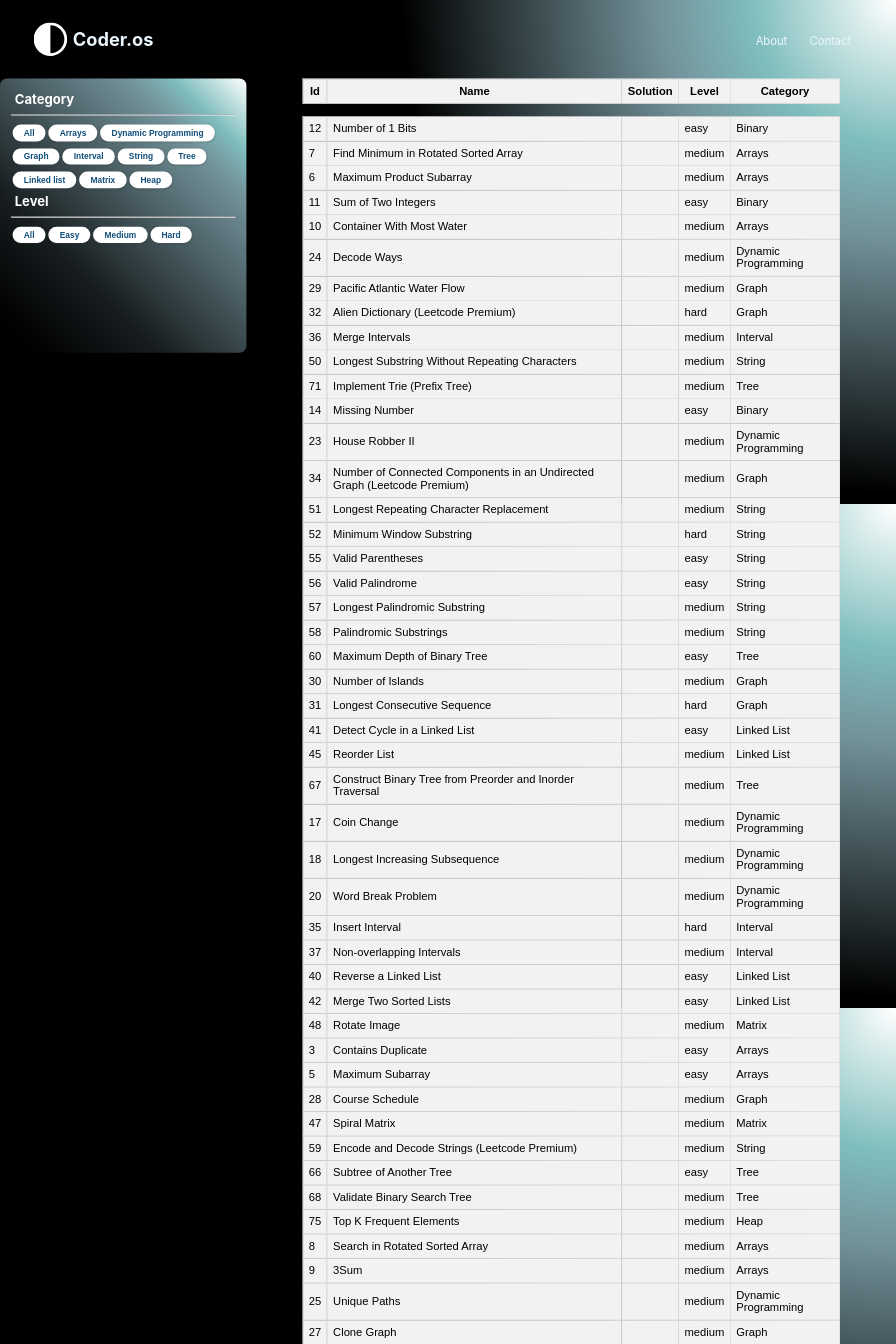
Repository: xoshiraghavx/Coder.os
Page: /mainpage (app in my-app/)
These files come from the project's save history. The page is drawn as it stood at one moment and after a run of saves; the edit follows.
The browser window is 1280 px wide. The pictures show the part of the page from y = 0 to 1920 px (the page is 3026 px tall), at 70% of full size.
Backgrounds fixed to the window are drawn as part of the page. The project was rebuilt for these pictures with package versions that can differ from the ones it lists, and the page was loaded fresh each time. Also part of the build but not shown: my-app/src/components/Home/Home.css, my-app/src/components/Home/Home.jsx.

Above is the page before, as saved 2022-12-17 14:07:51.

After the next 2 saves:
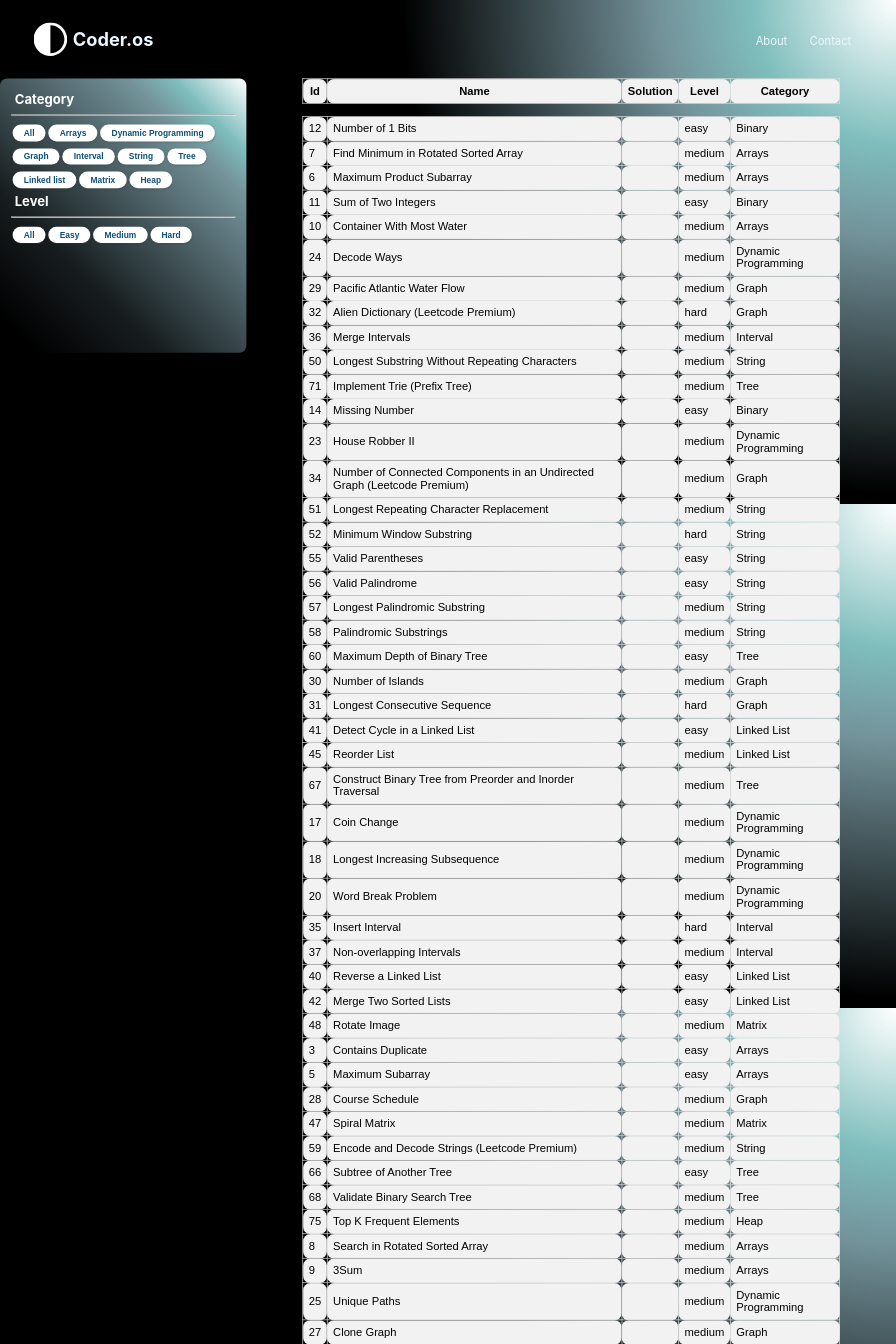
The 2 saves are shown as one change because they came seconds apart.
The last was saved 35 s later.
--- a/my-app/src/components/MainPage/QuestionBank.css
+++ b/my-app/src/components/MainPage/QuestionBank.css
@@ -7,6 +7,7 @@
 th, td {
     padding: 0.2rem;
     border: 1px solid #ddd;
+    border-radius: 10px;
     padding: 8px;
 }
 table{

After the 4 saves that followed:
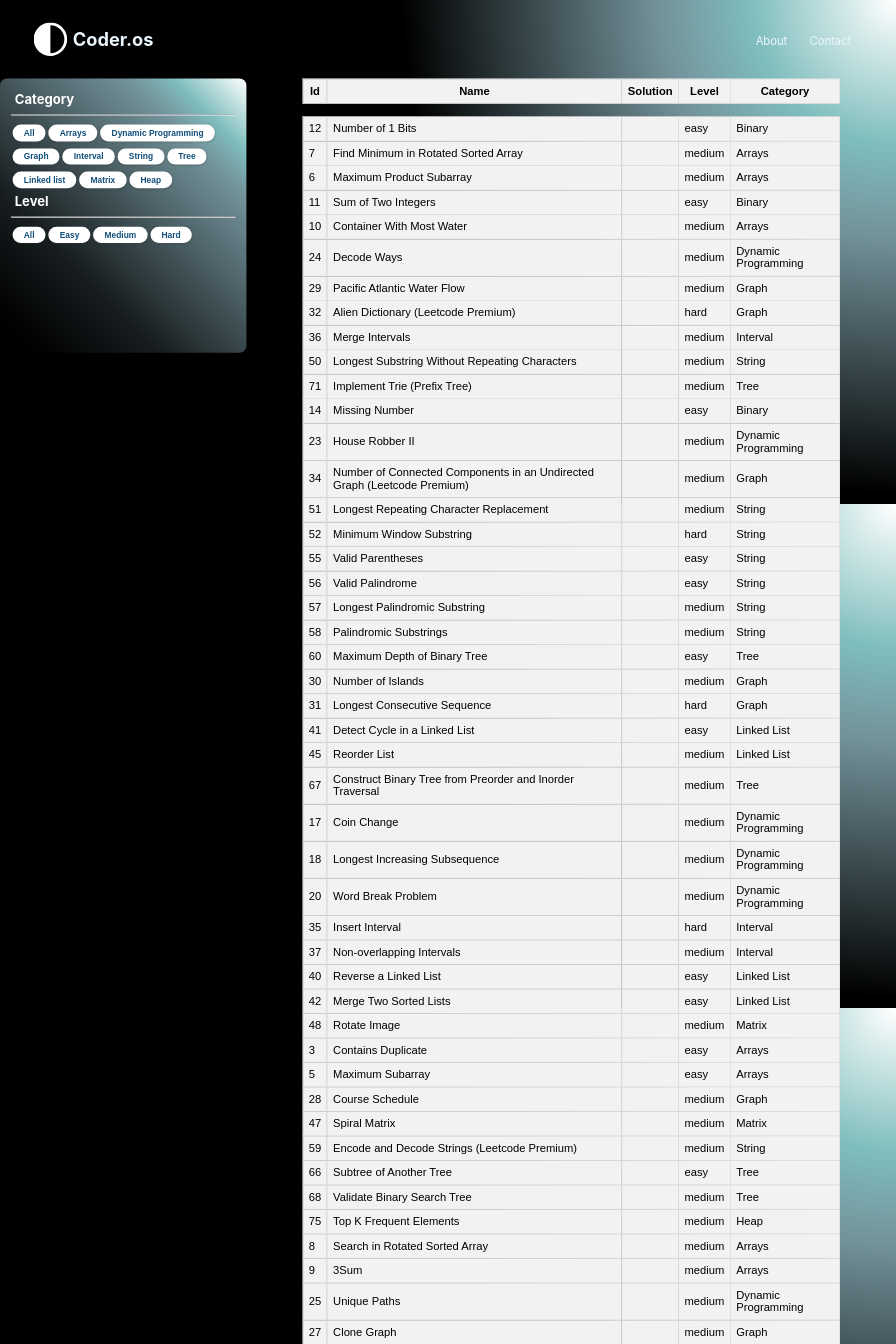
The 4 saves are shown as one change because 1 left the picture as it was and some came seconds apart.
The last was saved 25 s later.
--- a/my-app/src/components/MainPage/QuestionBank.css
+++ b/my-app/src/components/MainPage/QuestionBank.css
@@ -5,15 +5,16 @@
     width: 60%;
 }
 th, td {
-    padding: 0.2rem;
+    padding: 0.5rem;
     border: 1px solid #ddd;
-    border-radius: 10px;
     padding: 8px;
 }
 table{
     width: 100%;
     font-family: Arial, Helvetica, sans-serif;
     border-collapse: collapse;
+    border-radius: 10px;
+
 }
  table tr:nth-child(even){background-color: #f2f2f2;}
  table tr:nth-child(odd){background-color: #f2f2f2;}
